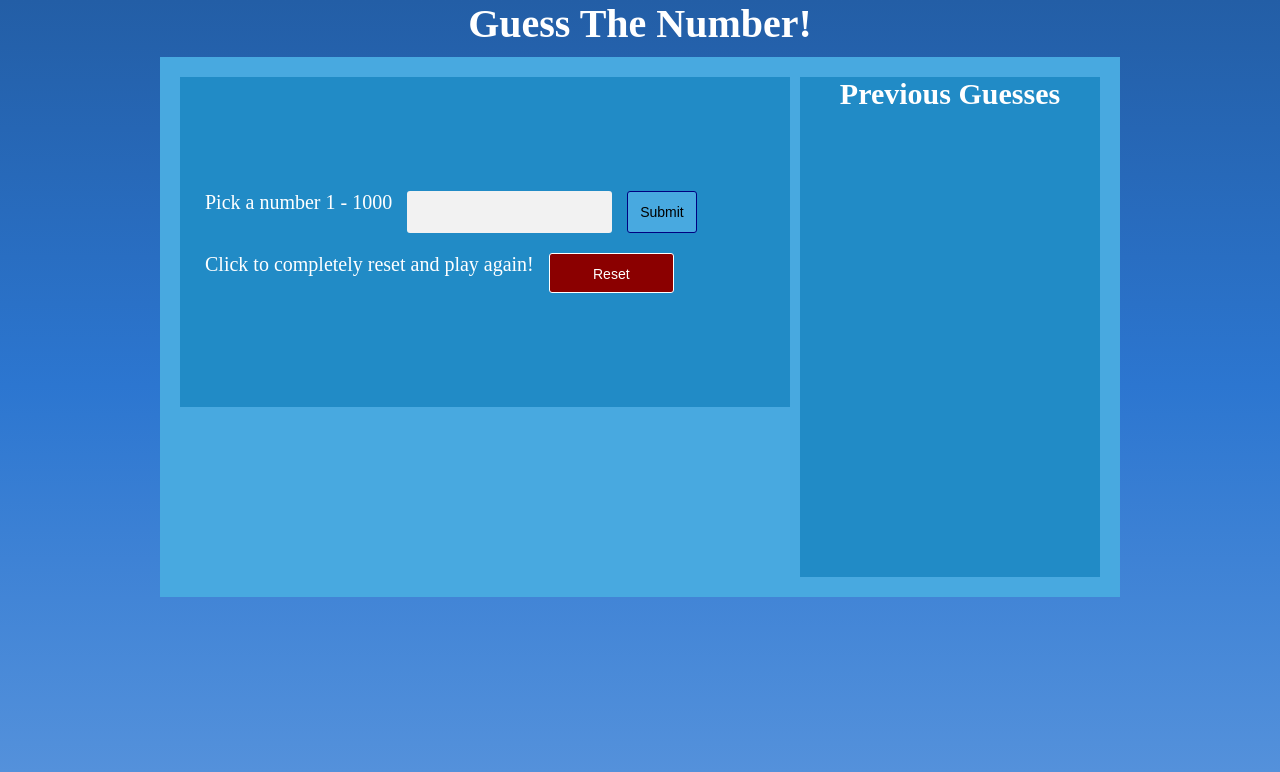
Repository: mlmEFSC21/P15-Modified-Guessing-Game
Page: guess.html
An editor plug-in stored every save of this project. The page is shown before and after the next save, followed by the edit.
The browser window is 1280 px wide. The pictures show the whole page.

Above is the page before, as saved 2022-03-21 21:42:29.

After the next save:
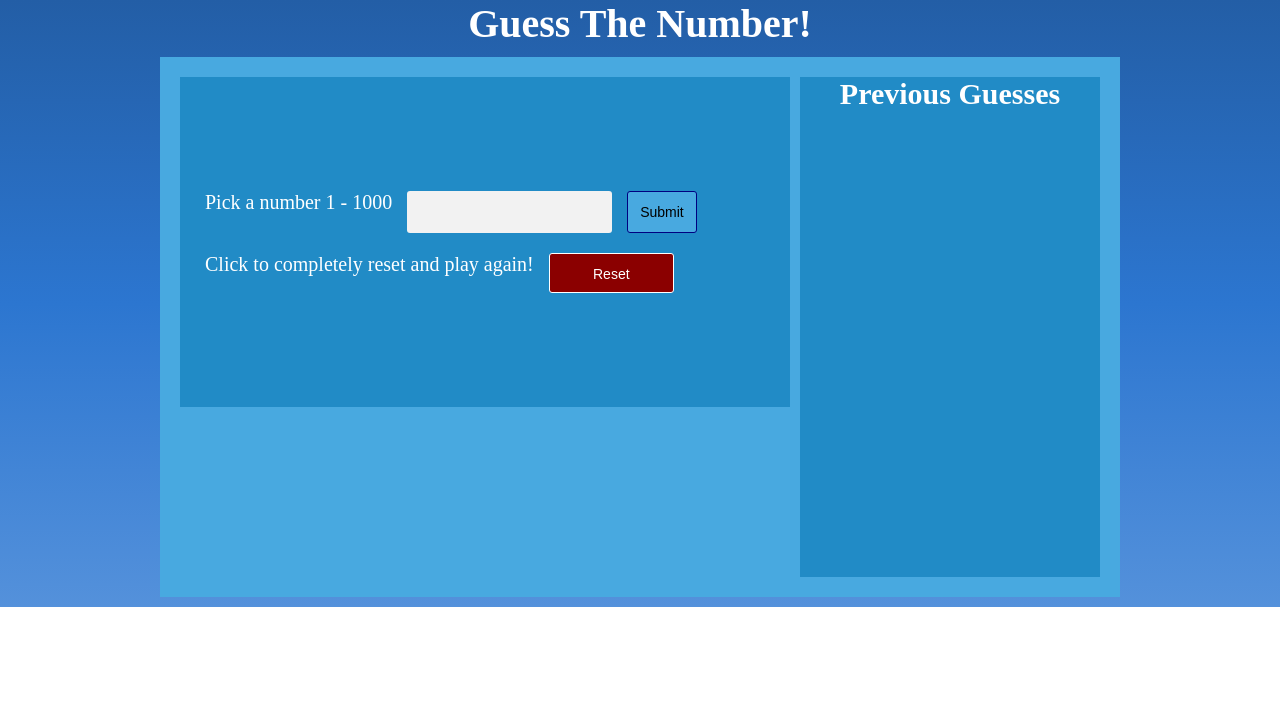
Saved 7 s later.
--- a/guess.css
+++ b/guess.css
@@ -19,7 +19,6 @@ body {
     background-size: cover;
     color: white;
     font-size: 20px;
-    margin-bottom: 175px;
 }
 .pageTitle {
     text-align: center;
